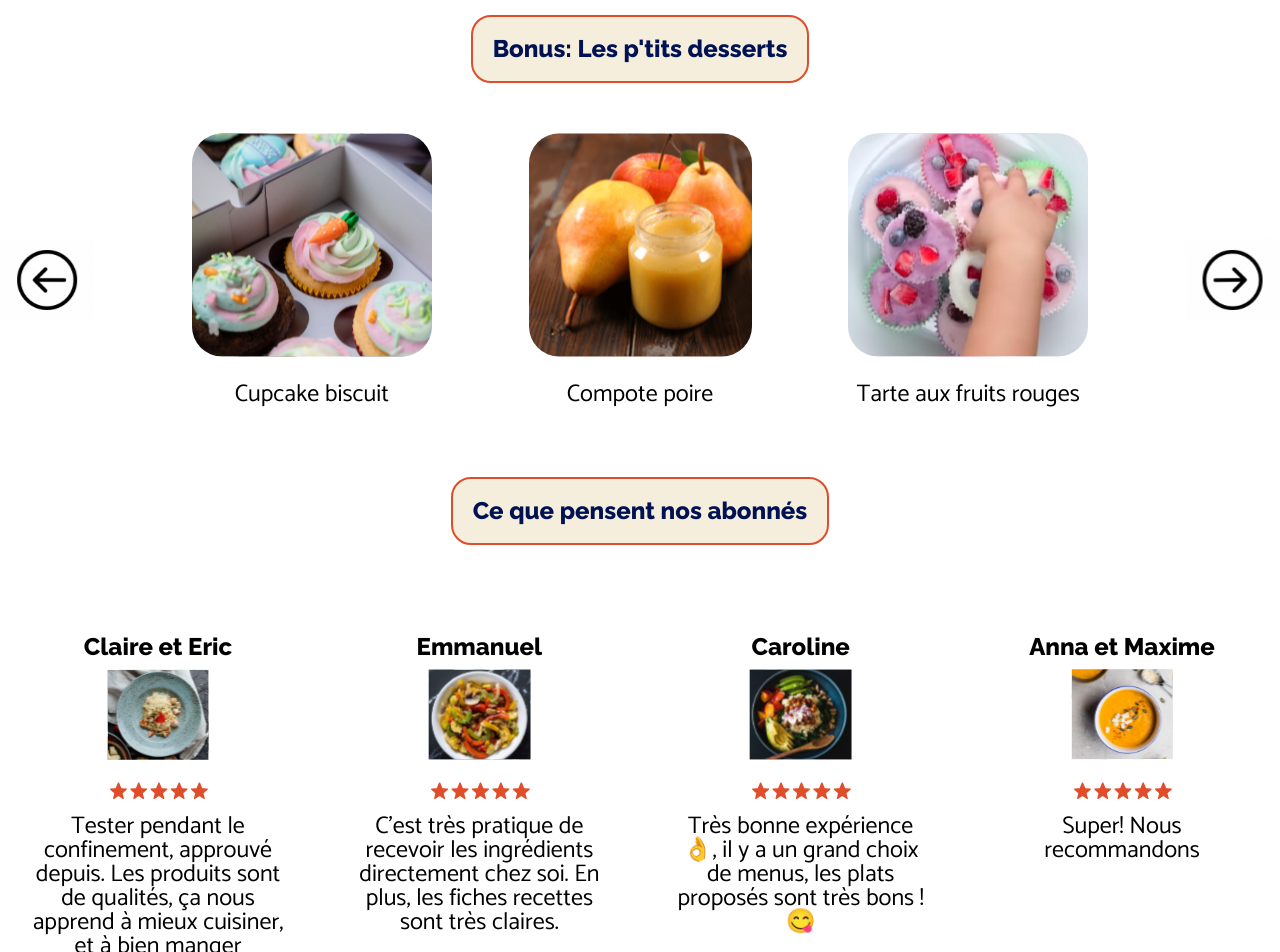
Repository: minus-team7/minus_team7
Page: minus_homepage.html
An editor plug-in stored every save of this project. The page is shown before and after a run of saves, followed by the edit.
The browser window is 1280 px wide. The pictures show the part of the page from y = 2247 to 3199 px (the page is 3747 px tall before and 4047 px after).
A picture or video elsewhere on the page could not be fetched, so the positions and the page height are approximate.

Above is the page before, as saved 2023-02-13 09:53:53.

After the next 5 saves:
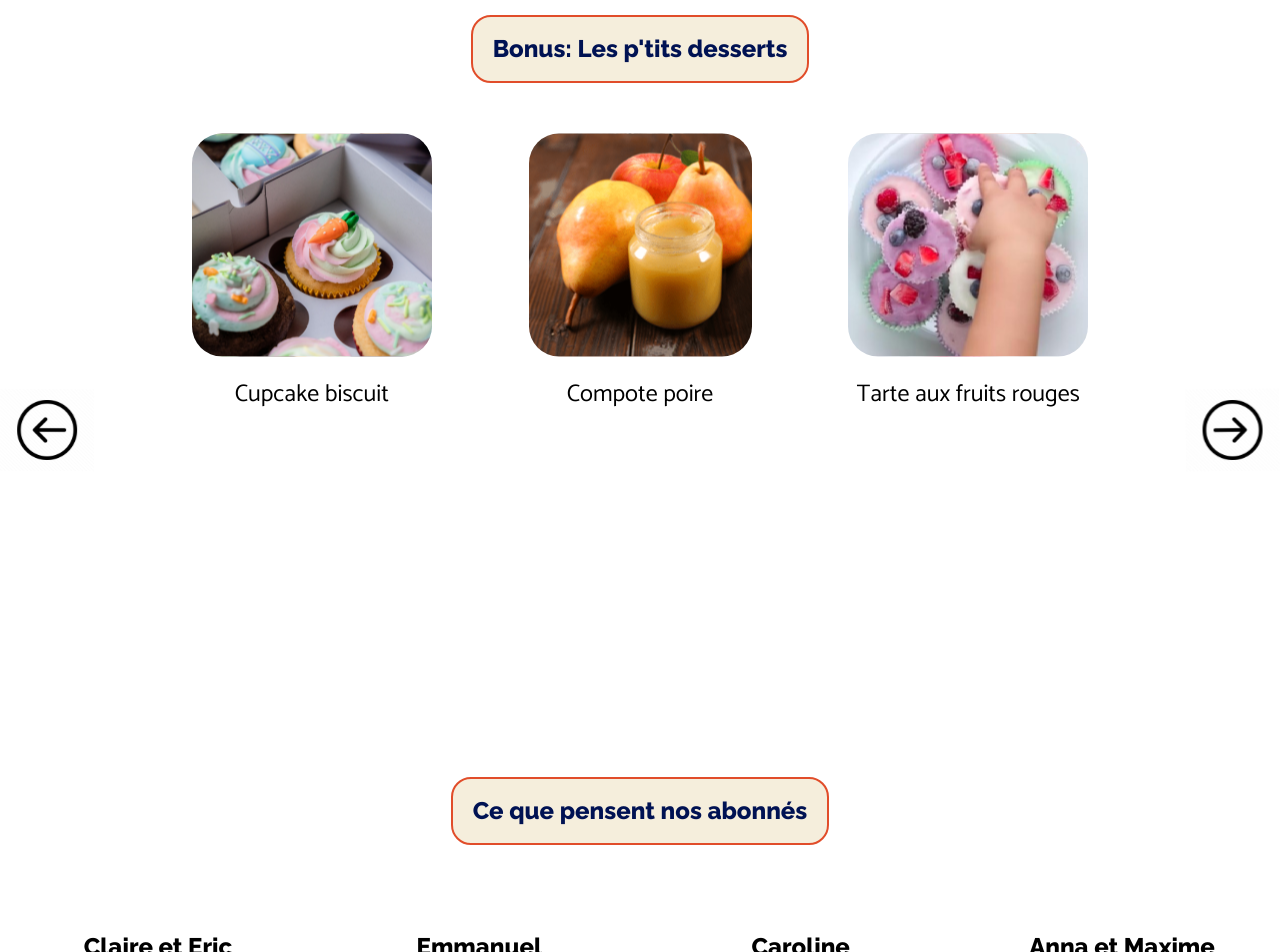
The 5 saves are shown as one change because they came seconds apart.
The last was saved 21 s later.
--- a/minus_homepage.css
+++ b/minus_homepage.css
@@ -91,7 +91,9 @@
     flex-wrap: wrap;
     text-align: center;
 }
-
+.dessert{
+    margin-bottom: 300px;
+}
 
 .dessert p{
     margin: 20px 0;

After the save that followed:
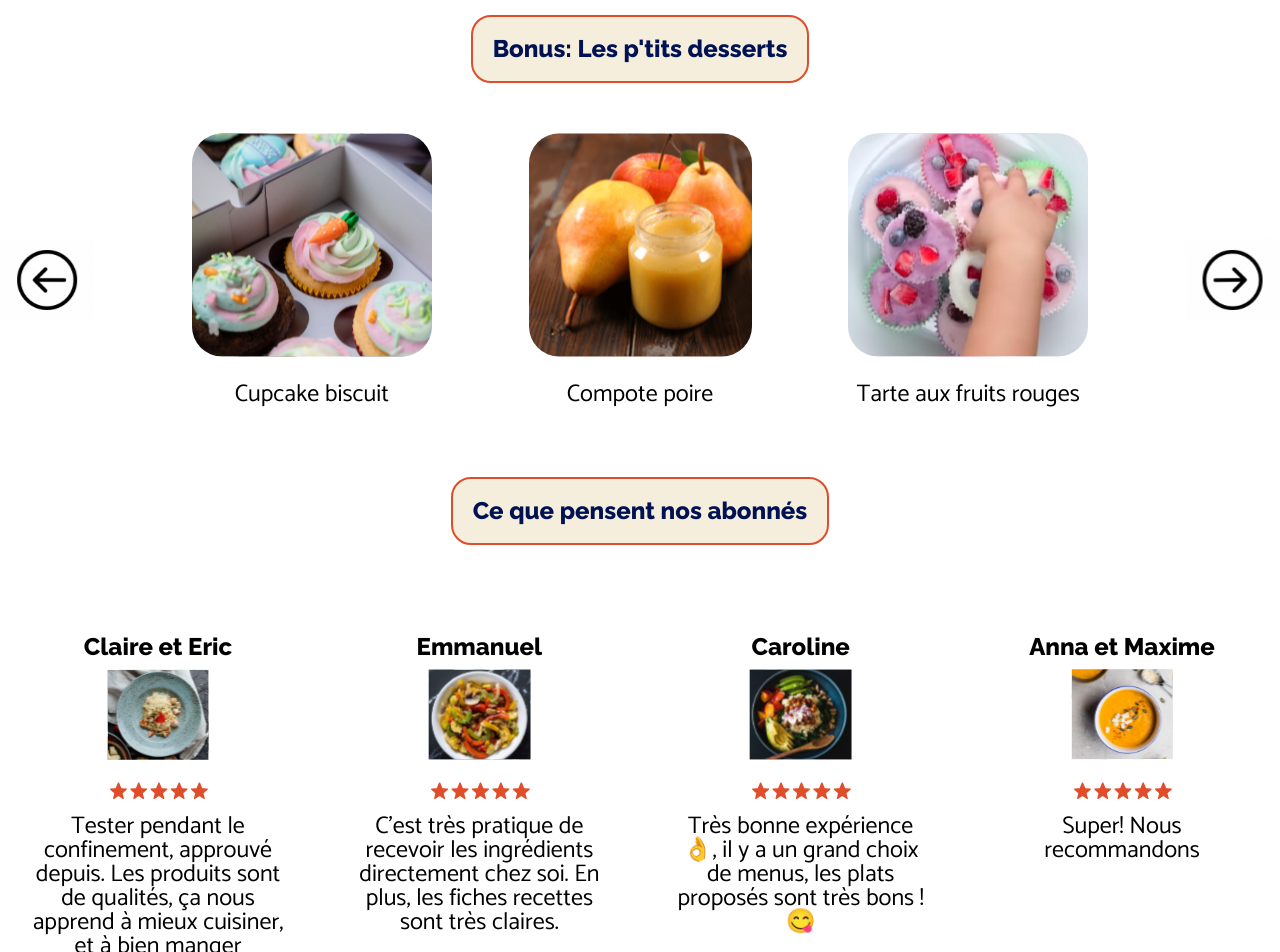
Saved 9 s later.
--- a/minus_homepage.css
+++ b/minus_homepage.css
@@ -92,7 +92,7 @@
     text-align: center;
 }
 .dessert{
-    margin-bottom: 300px;
+
 }
 
 .dessert p{
